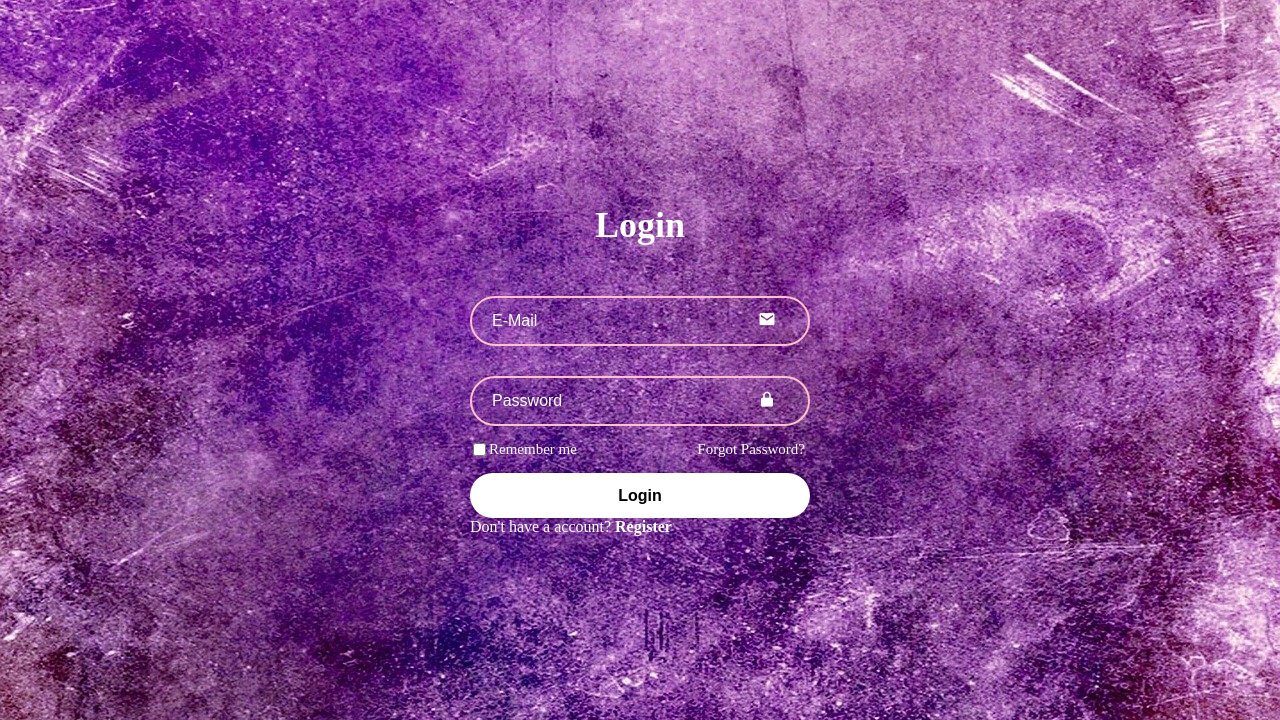
Repository: Kubraaygun/Html_Css_Login
Page: index.html
The author's editor kept a copy of each file at every save. The page is drawn from the files as they stood at one save, then again after the next save.
The browser window is 1280 px wide. The pictures show the whole page.
The pointer rests on the first visible `.button`.

Above is the page before, as saved 2025-03-06 18:03:38.

After the next save:
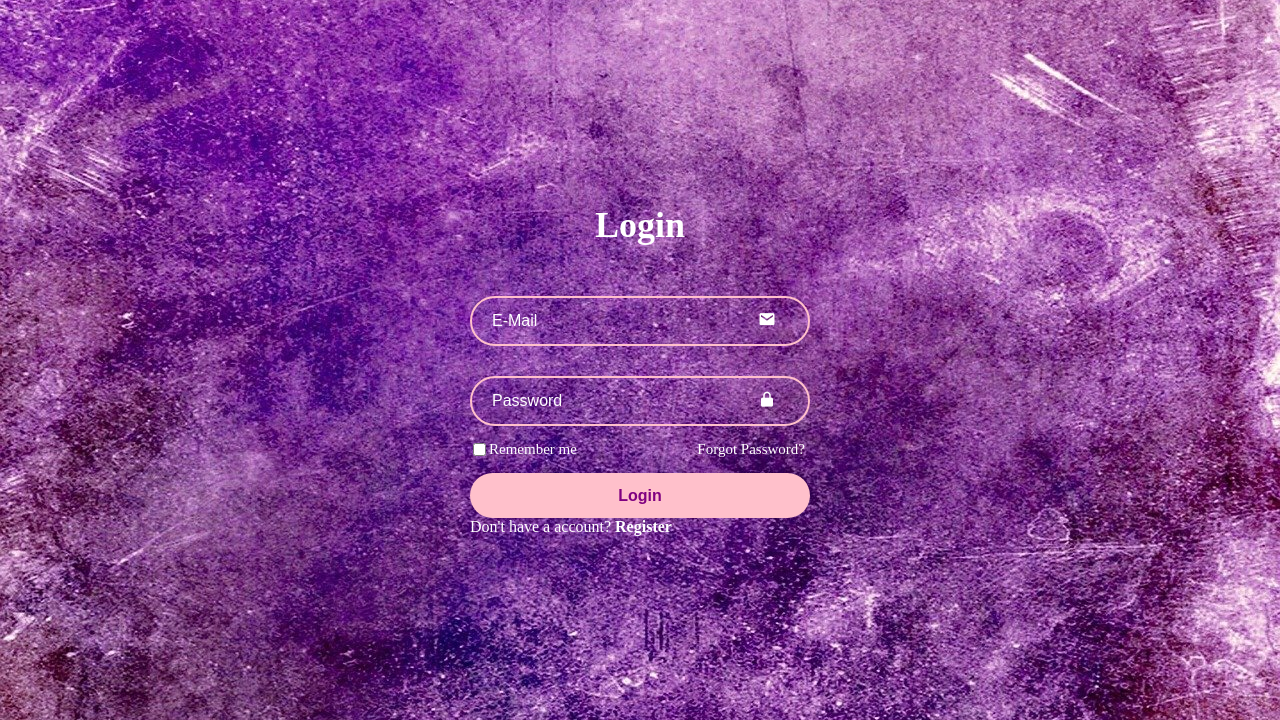
Saved 14 min 50 s later.
--- a/style.css
+++ b/style.css
@@ -99,6 +99,10 @@ label {
   font-size: 16px;
   font-weight: 600;
 }
+.button:hover {
+  color: purple;
+  background-color: pink;
+}
 
 /* REGISTER */
 .register {
